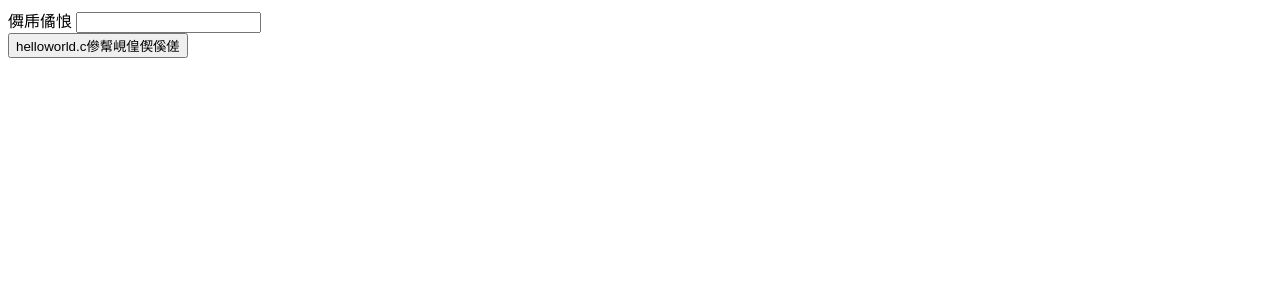
Repository: orakaro/GraduationProject
Page: Eclipse Workplace/DatabaseConnect/Login form.html
An editor plug-in stored every save of this project. The page is shown before and after the next save, followed by the edit.
The browser window is 1280 px wide. The pictures show the whole page.

Above is the page before, as saved 2010-07-16 06:35:20.

After the next save:
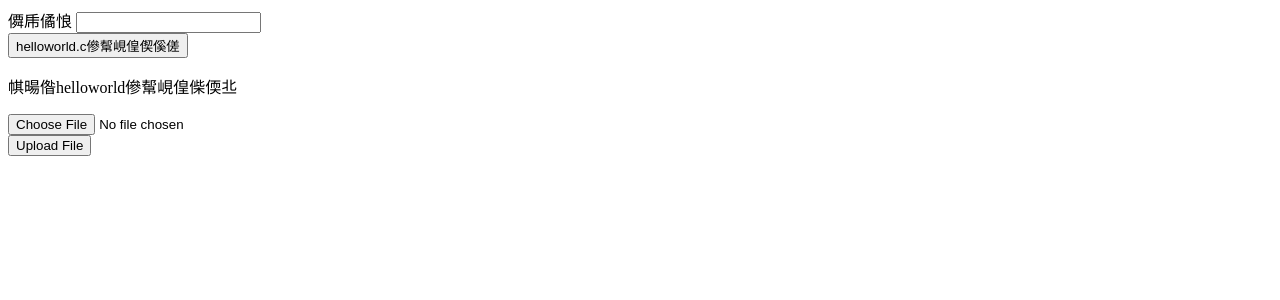
Saved 58 s later.
--- a/Eclipse Workplace/DatabaseConnect/Login form.html
+++ b/Eclipse Workplace/DatabaseConnect/Login form.html
@@ -2,11 +2,16 @@
 <head>
 </head>
 <body>
-<form name="form1" action="http://localhost:8080/DatabaseConnect/servlets/sori" method="POST">
-僲乕僪悢
-<input type="text" name="nodeNum">
-<br>
-<input type="submit" value="helloworld.c傪幚峴偟偰傒傞">
-</form>
+		<form name="form1" action="http://localhost:8080/DatabaseConnect/servlets/sori" method="POST">
+		僲乕僪悢
+			<input type="text" name="nodeNum">
+			<br>
+			<input type="submit" value="helloworld.c傪幚峴偟偰傒傞">
+		</form>
+<p>帺暘偺helloworld傪幚峴偟偨偄丠</p>
+		<form action="Commonsfileuploadservlet" enctype="multipart/form-data" method="POST">
+			<input type="file" name="file1"><br>
+			<input type="Submit" value="Upload File"><br>
+		</form>
 </body>
 </html>
